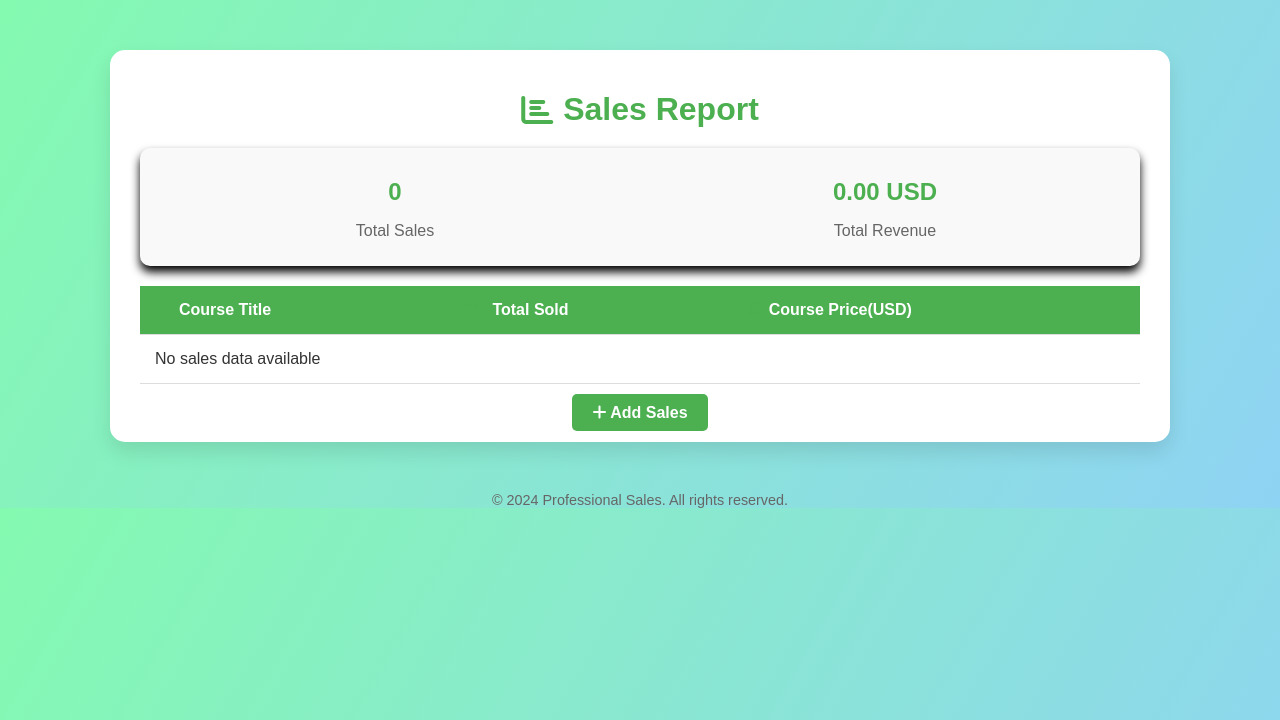
Repository: Syed1818/project
Page: http://localhost/sales_report.php
An editor plug-in stored every save of this project. The page is shown before and after the next save, followed by the edit.
The browser window is 1280 px wide. The pictures show the whole page.
The page is run by PHP 8.4 with error messages shown; the project is at /var/www/html/. Queries for data that is not in the repository find no rows.

Above is the page before, as saved 2024-12-07 17:27:17.

### sales_report.php
<?php
include 'connect.php';

// Fetch sales data
$sales_query = "
    SELECT
        courses.title AS course_title,
        COUNT(sales.course_id) AS total_sold,
        SUM(sales.price) AS total_revenue
    FROM sales
    JOIN courses ON sales.course_id = courses.id
    GROUP BY sales.course_id;
";
$sales_result = $conn->query($sales_query);

// Fetch total sales and revenue
$total_query = "
    SELECT
        COUNT(*) AS total_sales,
        SUM(price) AS total_revenue
    FROM sales;
";
$total_result = $conn->query($total_query);
$total_data = $total_result->fetch_assoc();
$total_sales = $total_data['total_sales'] ?? 0;
$total_revenue = $total_data['total_revenue'] ?? 0;
?>
<!DOCTYPE html>
<html lang="en">
<head>
    <meta charset="UTF-8">
    <meta name="viewport" content="width=device-width, initial-scale=1.0">
    <title>Sales Report</title>
    <!-- Font Awesome for icons -->
    <link rel="stylesheet" href="https://cdnjs.cloudflare.com/ajax/libs/font-awesome/6.0.0-beta3/css/all.min.css">
    <style>
        body {
            font-family: 'Poppins', sans-serif;
            margin: 0;
            padding: 0;
            background: linear-gradient(120deg, #84fab0, #8fd3f4);
            color: #333;
        }
        .container {
            max-width: 1000px;
            margin: 50px auto;
            padding: 20px 30px;
            background: #fff;
            border-radius: 15px;
            box-shadow: 0 10px 20px rgba(0, 0, 0, 0.1);
        }
        h1 {
            font-size: 2rem;
            text-align: center;
            color: #4CAF50;
            margin-bottom: 20px;
            display: flex;
            align-items: center;
            justify-content: center;
        }
        h1 i {
            margin-right: 10px;
        }
        .stats {
            display: flex;
            justify-content: space-between;
            margin-bottom: 20px;
            padding: 10px;
            background-color: #f9f9f9;
            border-radius: 10px;
            box-shadow: 0 6px 10px black;
        }
        .stat-card {
            text-align: center;
            flex: 1;
            margin: 0 10px;
        }
        .stat-card h2 {
            font-size: 1.5rem;
            color: #4CAF50;
            margin-bottom: 5px;
        }
        .stat-card p {
            font-size: 1rem;
            color: #666;
        }
        table {
            width: 100%;
            border-collapse: collapse;
            margin: 20px 0;
        }
        th, td {
            padding: 15px;
            text-align: left;
            border-bottom: 1px solid #ddd;
        }
        th {
            background-color: #4CAF50;
            color: #fff;
        }
        tr:hover {
            background-color: #f1f1f1;
        }
        .icon {
            margin-right: 10px;
            color: #4CAF50;
        }
        .actions {
            margin-top: 20px;
            text-align: center;
        }
        .add-sales-btn {
            background-color: #4CAF50;
            color: white;
            padding: 10px 20px;
            text-decoration: none;
            border-radius: 5px;
            font-weight: bold;
            font-size: 1rem;
            transition: background-color 0.3s ease;
        }
        .add-sales-btn:hover {
            background-color: #45a049;
        }
        .footer {
            text-align: center;
            margin-top: 20px;
            font-size: 0.9rem;
            color: #666;
        }
    </style>
</head>
<body>
    <div class="container">
        <h1><i class="fas fa-chart-bar"></i>Sales Report</h1>

        <!-- Total Stats -->
        <div class="stats">
            <div class="stat-card">
                <h2><?php echo $total_sales; ?></h2>
                <p>Total Sales</p>
            </div>
            <div class="stat-card">
                <h2><?php echo number_format($total_revenue, 2); ?> USD</h2>
                <p>Total Revenue</p>
            </div>
        </div>

        <!-- Sales Table -->
        <table>
            <thead>
                <tr>
                    <th><i class="fas fa-book icon"></i>Course Title</th>
                    <th><i class="fas fa-users icon"></i>Total Sold</th>
                    <th><i class="fas fa-dollar-sign icon"></i>Course Price(USD)</th>
                </tr>
            </thead>
            <tbody>
                <?php if ($sales_result && $sales_result->num_rows > 0): ?>
                    <?php while ($row = $sales_result->fetch_assoc()): ?>
                        <tr>
                            <td><?php echo htmlspecialchars($row['course_title']); ?></td>
                            <td><?php echo htmlspecialchars($row['total_sold']); ?></td>
                            <td><?php echo htmlspecialchars(number_format($row['total_revenue'], 2)); ?> USD</td>
                        </tr>
                    <?php endwhile; ?>
                <?php else: ?>
                    <tr><td colspan="3">No sales data available</td></tr>
                <?php endif; ?>
            </tbody>
        </table>

        <!-- Add Sales Button -->
        <div class="actions">
            <a href="add_sales.php" class="add-sales-btn"><i class="fas fa-plus"></i> Add Sales</a>
        </div>
    </div>
    <div class="footer">
        &copy; 2024 Professional Sales. All rights reserved.
    </div>
</body>
</html>

### connect.php
<?php
$host = '127.0.0.1'; // Database host (localhost in most cases)
$db = 'elearning'; // Your database name
$user = 'myadmin'; // MySQL username
$pass = 'syedshahid@123'; // MySQL password

// Create a MySQLi connection
$conn = new mysqli($host, $user, $pass, $db);

// Check the connection
if ($conn->connect_error) {
    die("Connection failed: " . $conn->connect_error);
}
?>

After the next save:
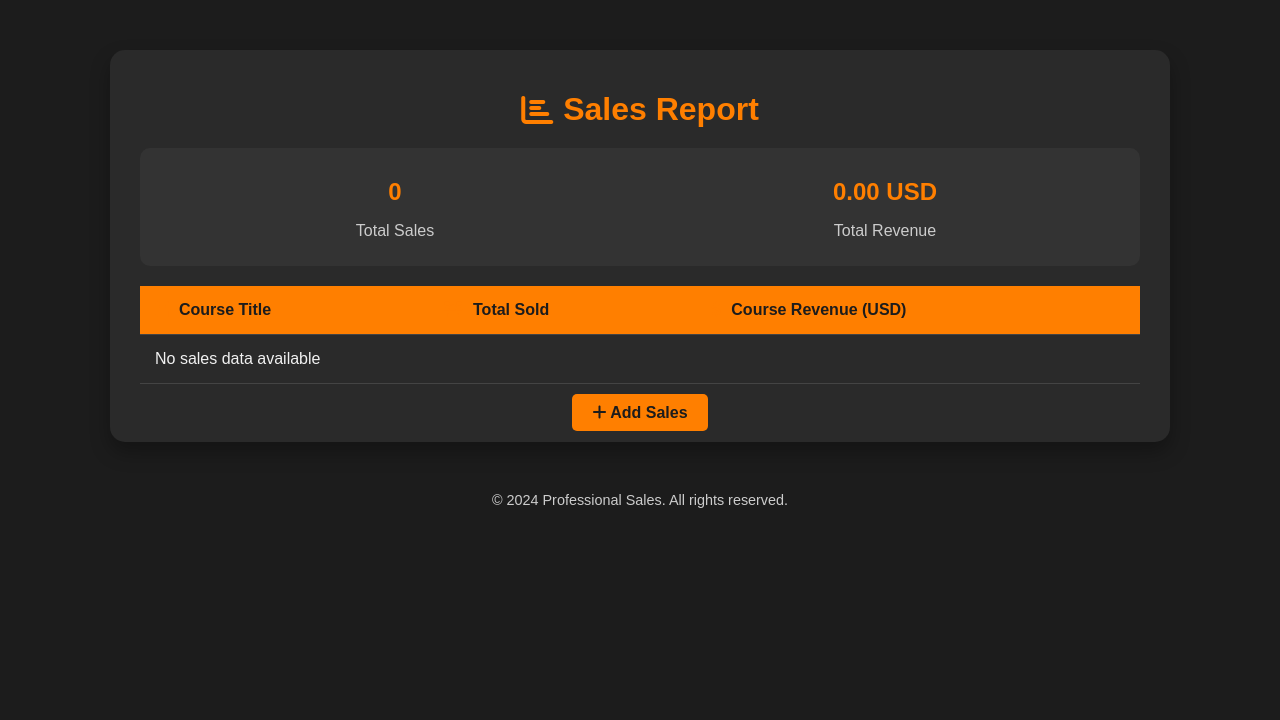
Saved 2 min 4 s later.
--- a/sales_report.php
+++ b/sales_report.php
@@ -38,21 +38,21 @@ $total_revenue = $total_data['total_revenue'] ?? 0;
             font-family: 'Poppins', sans-serif;
             margin: 0;
             padding: 0;
-            background: linear-gradient(120deg, #84fab0, #8fd3f4);
-            color: #333;
+            background: #1c1c1c; /* Black background */
+            color: #f1f1f1; /* Light text */
         }
         .container {
             max-width: 1000px;
             margin: 50px auto;
             padding: 20px 30px;
-            background: #fff;
+            background: #2a2a2a; /* Dark background */
             border-radius: 15px;
-            box-shadow: 0 10px 20px rgba(0, 0, 0, 0.1);
+            box-shadow: 0 10px 20px rgba(0, 0, 0, 0.3);
         }
         h1 {
             font-size: 2rem;
             text-align: center;
-            color: #4CAF50;
+            color: #ff7f00; /* Orange */
             margin-bottom: 20px;
             display: flex;
             align-items: center;
@@ -66,9 +66,8 @@ $total_revenue = $total_data['total_revenue'] ?? 0;
             justify-content: space-between;
             margin-bottom: 20px;
             padding: 10px;
-            background-color: #f9f9f9;
+            background-color: #333;
             border-radius: 10px;
-            box-shadow: 0 6px 10px black;
         }
         .stat-card {
             text-align: center;
@@ -77,12 +76,12 @@ $total_revenue = $total_data['total_revenue'] ?? 0;
         }
         .stat-card h2 {
             font-size: 1.5rem;
-            color: #4CAF50;
+            color: #ff7f00; /* Orange */
             margin-bottom: 5px;
         }
         .stat-card p {
             font-size: 1rem;
-            color: #666;
+            color: #ccc;
         }
         table {
             width: 100%;
@@ -92,26 +91,26 @@ $total_revenue = $total_data['total_revenue'] ?? 0;
         th, td {
             padding: 15px;
             text-align: left;
-            border-bottom: 1px solid #ddd;
+            border-bottom: 1px solid #444;
         }
         th {
-            background-color: #4CAF50;
-            color: #fff;
+            background-color: #ff7f00; /* Orange */
+            color: #1c1c1c; /* Black text */
         }
         tr:hover {
-            background-color: #f1f1f1;
+            background-color: #333;
         }
         .icon {
             margin-right: 10px;
-            color: #4CAF50;
+            color: #ff7f00; /* Orange */
         }
         .actions {
             margin-top: 20px;
             text-align: center;
         }
         .add-sales-btn {
-            background-color: #4CAF50;
-            color: white;
+            background-color: #ff7f00; /* Orange */
+            color: #1c1c1c; /* Black text */
             padding: 10px 20px;
             text-decoration: none;
             border-radius: 5px;
@@ -120,13 +119,13 @@ $total_revenue = $total_data['total_revenue'] ?? 0;
             transition: background-color 0.3s ease;
         }
         .add-sales-btn:hover {
-            background-color: #45a049;
+            background-color: #e56d00; /* Darker orange */
         }
         .footer {
             text-align: center;
             margin-top: 20px;
             font-size: 0.9rem;
-            color: #666;
+            color: #ccc;
         }
     </style>
 </head>
@@ -152,7 +151,7 @@ $total_revenue = $total_data['total_revenue'] ?? 0;
                 <tr>
                     <th><i class="fas fa-book icon"></i>Course Title</th>
                     <th><i class="fas fa-users icon"></i>Total Sold</th>
-                    <th><i class="fas fa-dollar-sign icon"></i>Course Price(USD)</th>
+                    <th><i class="fas fa-dollar-sign icon"></i>Course Revenue (USD)</th>
                 </tr>
             </thead>
             <tbody>
